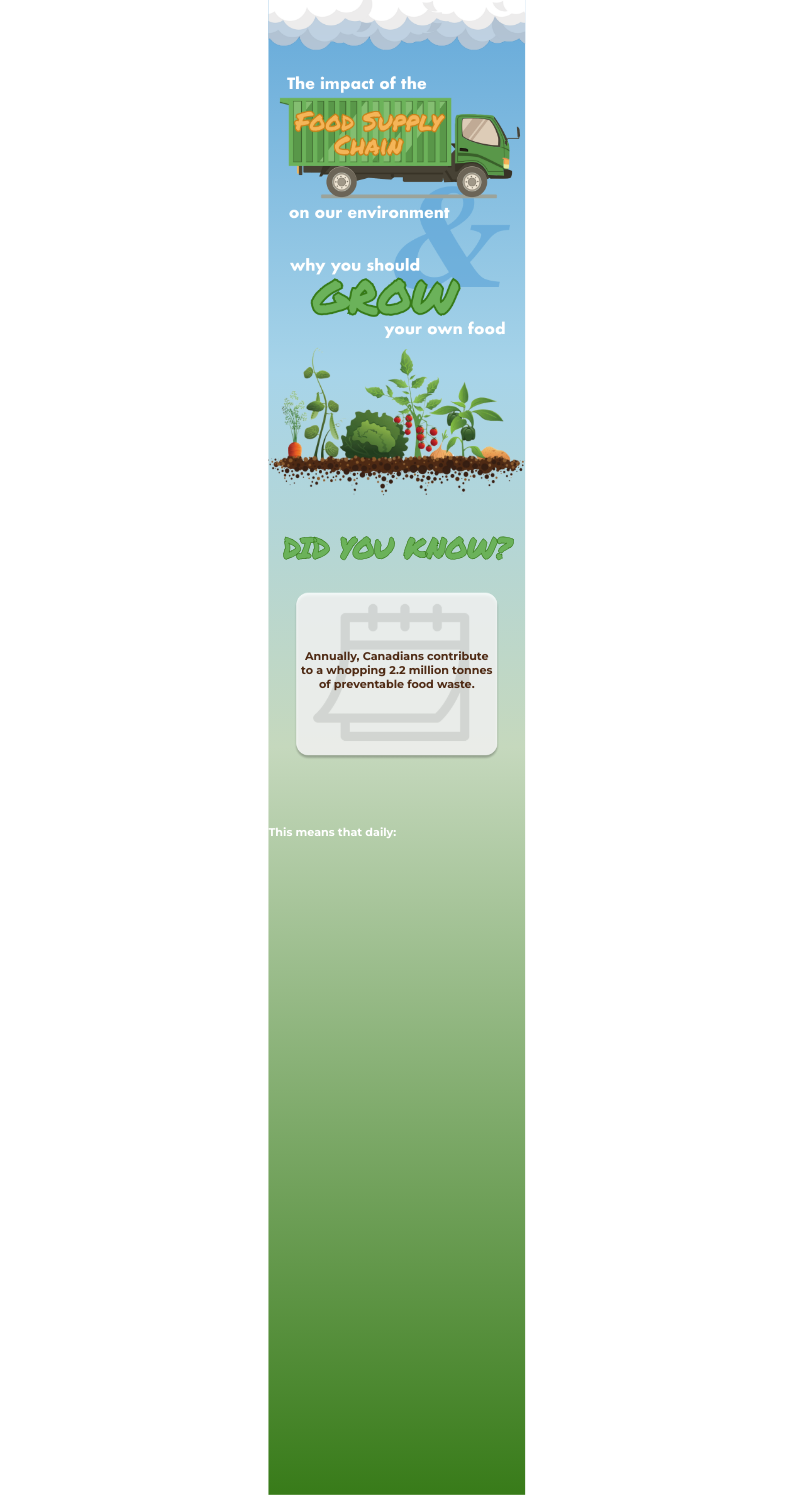
Repository: zoelake/DCDmidterm
Page: page1/index.html
These files come from the project's save history. The page is drawn as it stood at one moment and after the next save; the edit follows.
The browser window is 1280 px wide. The pictures show the whole page, at 62% of full size.

Above is the page before, as saved 2021-03-05 17:27:49.

After the next save:
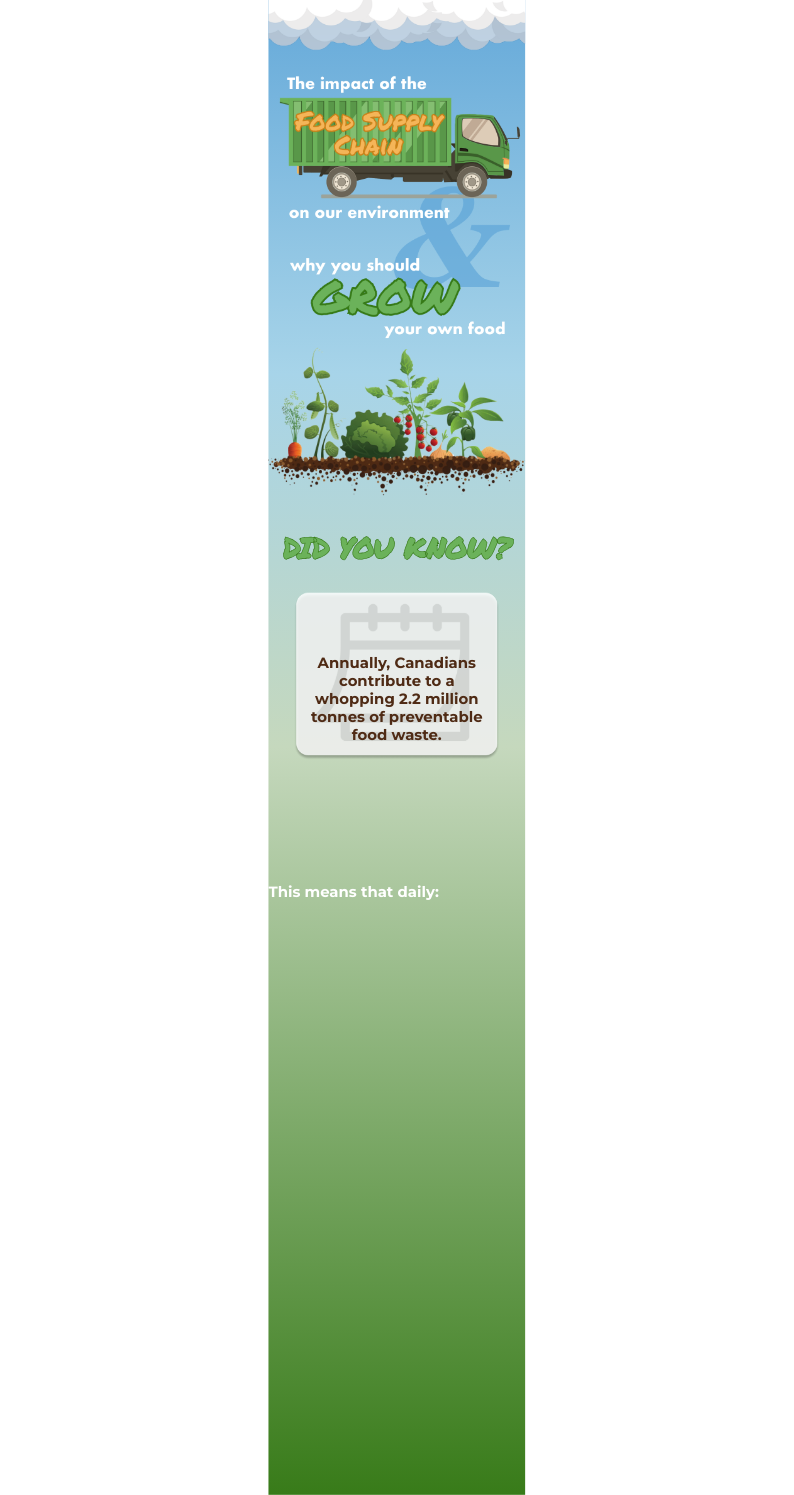
Saved 22 s later.
--- a/page1/style.css
+++ b/page1/style.css
@@ -48,5 +48,5 @@ p{
     color: white;
     font-family: 'Montserrat', sans-serif;
     font-weight: 900;
-    font-size: 18px;
+    font-size: 24px;
 }
